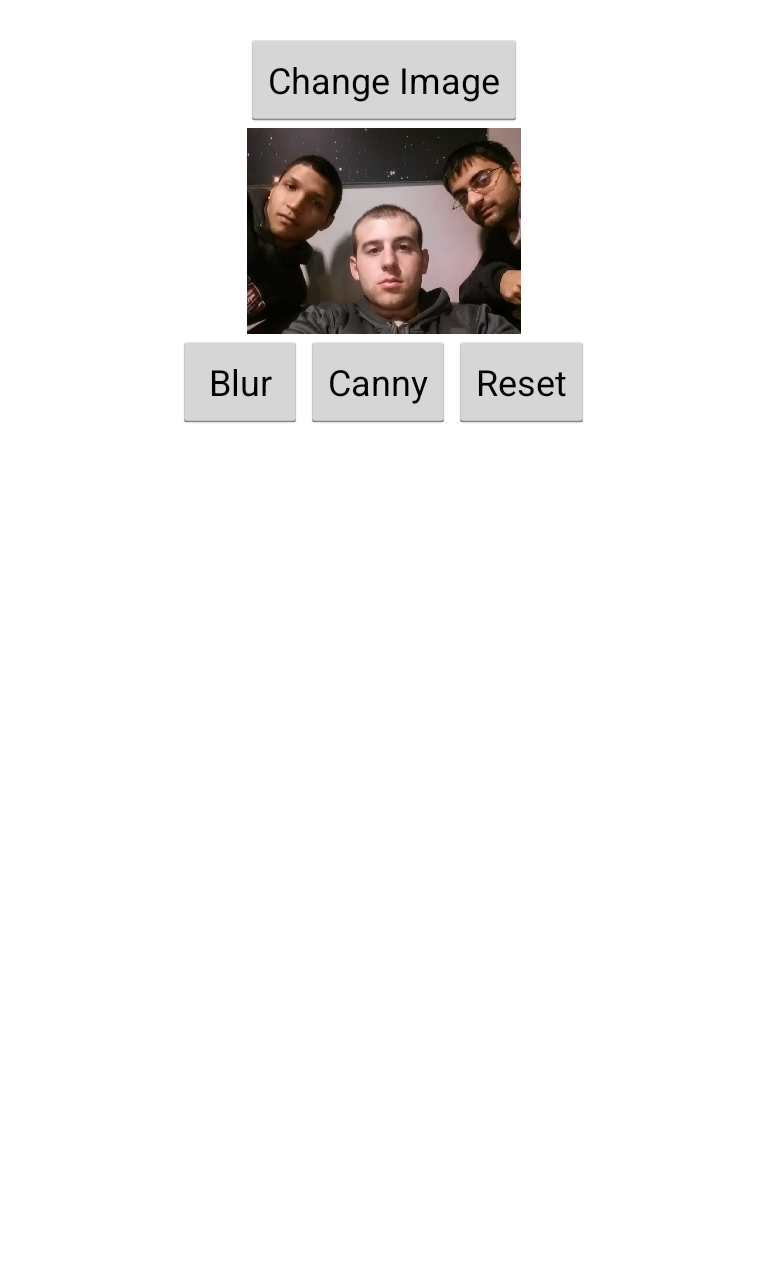
Repository: DevShah/18551
Layout: Lab1/Lab1/res/layout/activity_image_process.xml
These files come from the project's save history. The layout is drawn as it stood at one moment and after the next save; the edit follows.
It is drawn on a 768 x 1280 px phone screen (xhdpi) without system bars, with theme AppTheme; the app's code is not run.

Above is the layout before, as saved 2014-01-27 23:46:27.

### Lab1/Lab1/res/layout/activity_image_process.xml
<RelativeLayout xmlns:android="http://schemas.android.com/apk/res/android"
    xmlns:tools="http://schemas.android.com/tools"
    android:layout_width="match_parent"
    android:layout_height="match_parent"
    android:paddingBottom="@dimen/activity_vertical_margin"
    android:paddingLeft="@dimen/activity_horizontal_margin"
    android:paddingRight="@dimen/activity_horizontal_margin"
    android:paddingTop="@dimen/activity_vertical_margin"
    tools:context=".ImageProcessActivity" >

    <LinearLayout
        android:layout_width="wrap_content"
        android:layout_height="wrap_content"
        android:layout_alignParentBottom="true"
        android:layout_alignParentLeft="true"
        android:layout_alignParentRight="true"
        android:layout_alignParentTop="true"
        android:orientation="vertical" >

        <Button
            android:id="@+id/button4"
            android:layout_width="wrap_content"
            android:layout_height="wrap_content"
            android:layout_gravity="center_horizontal"
            android:text="Change Image" />

        <ImageView
            android:id="@+id/image_we_will_process"
            android:layout_width="417dp"
            android:layout_height="103dp"
            android:layout_gravity="center_horizontal"
            android:src="@drawable/group_pic_2" />

        <LinearLayout
            android:layout_width="wrap_content"
            android:layout_height="0dp"
            android:layout_gravity="center_horizontal"
            android:layout_weight="1" >

            <Button
                android:id="@+id/button1"
                android:layout_width="wrap_content"
                android:layout_height="wrap_content"
                android:text="Blur"
                android:onClick="blur"/>

            <Button
                android:id="@+id/button2"
                android:layout_width="wrap_content"
                android:layout_height="wrap_content"
                android:text="Canny"
                android:onClick="canny" />

            <Button
                android:id="@+id/button3"
                android:layout_width="wrap_content"
                android:layout_height="wrap_content"
                android:text="Reset"
                android:onClick="reset" />
        </LinearLayout>
    </LinearLayout>

</RelativeLayout>

Loaded but not shown: Lab1/Lab1/res/values/styles.xml (common file); Lab1/Lab1/res/values-v11/styles.xml (common file); Lab1/Lab1/res/values-v14/styles.xml (common file); Lab1/Lab1/res/values/dimens.xml (common file)

After the next save:
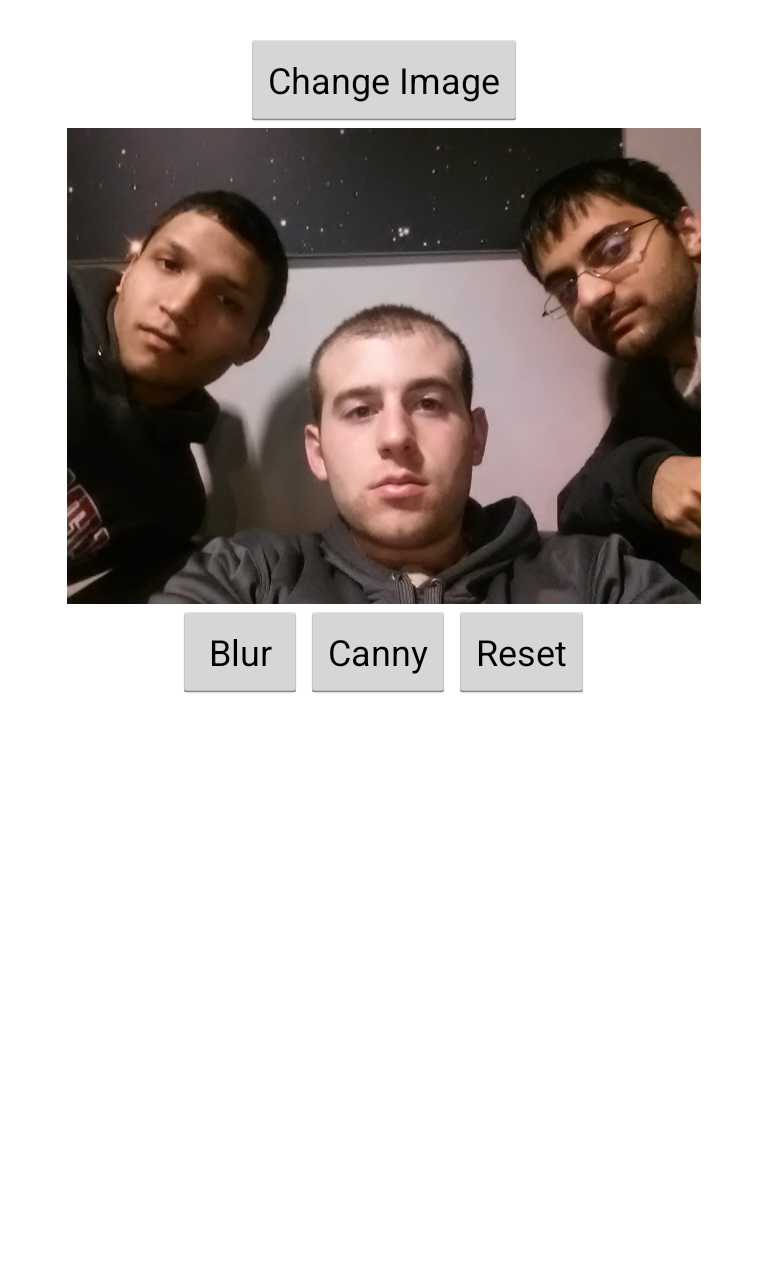
Saved 7 min 43 s later.
--- a/Lab1/Lab1/res/layout/activity_image_process.xml
+++ b/Lab1/Lab1/res/layout/activity_image_process.xml
@@ -26,9 +26,10 @@
 
         <ImageView
             android:id="@+id/image_we_will_process"
-            android:layout_width="417dp"
+            android:layout_width="540dp"
             android:layout_height="103dp"
             android:layout_gravity="center_horizontal"
+            android:layout_weight="0.42"
             android:src="@drawable/group_pic_2" />
 
         <LinearLayout
